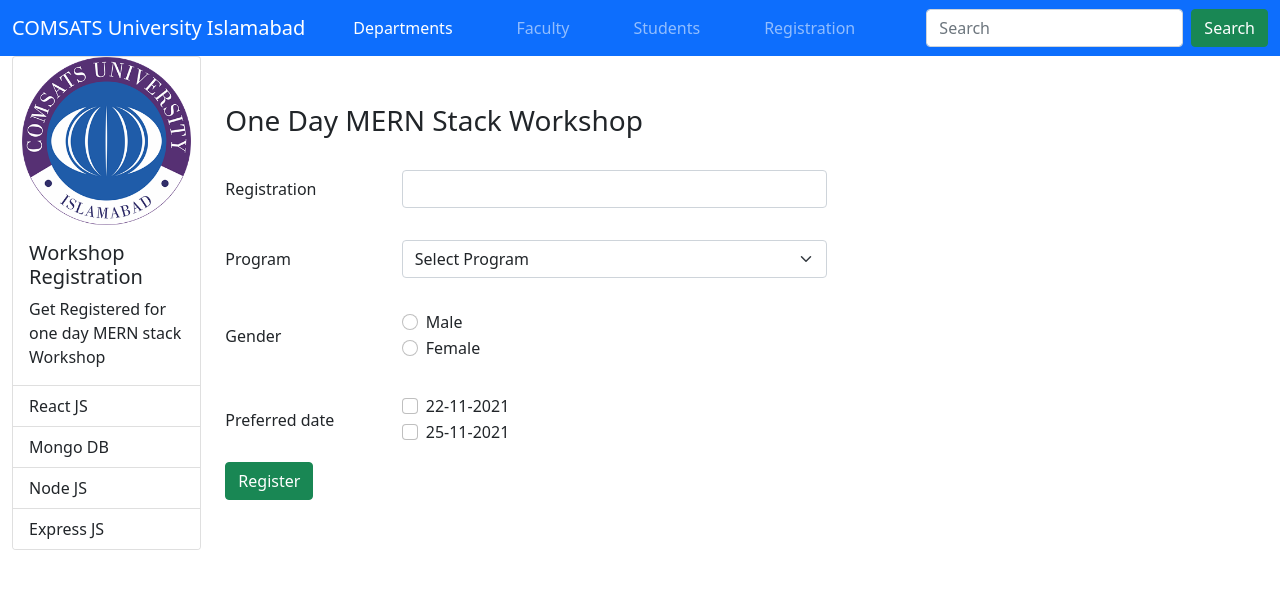
Repository: SaudCh/Web-Mid-Exams
Page: /register
These files come from the project's save history. The page is drawn as it stood at one moment and after the next save; the edit follows.
The browser window is 1280 px wide. The pictures show the whole page.
The project was rebuilt for these pictures with package versions that can differ from the ones it lists, and the page was loaded fresh each time. Also part of the build but not shown: src/Invalid/invalid.jsx, src/Students/student.jsx.

Above is the page before, as saved 2021-11-26 00:36:34.

### src/App.js
import React from "react";
import {
  BrowserRouter as Router,
  Switch,
  Route,
  Redirect,
} from "react-router-dom";
import "../node_modules/bootstrap/dist/css/bootstrap.min.css";
import "../node_modules/bootstrap/dist/js/bootstrap.bundle.min";
import Header from "./Shared/Header";
import SideBar from "./Shared/SideBar";
import Register from "./Register/register";
import Invalid from "./Invalid/invalid";
import Student from "./Students/student";

export default function App() {
  return (
    <Router>
      <Header />
      <div className="container-fluid">
        <div className="row">
          <div className="col-12 col-md-2">
            <SideBar />
          </div>
          <div className="col-12 col-md-10">
            <Switch>
              <Route path="/" exact>
                <div></div>
              </Route>
              <Route path="/register/" exact>
                <Register />
              </Route>
              <Route path="/invalid/" exact>
                <Invalid />
              </Route>
              <Route path="/list/:register/:program/:gender/:date" exact>
                <Student />
              </Route>
              <Redirect to="/invalid/" />
            </Switch>
          </div>
        </div>
      </div>
    </Router>
  );
}

### src/Shared/Header.jsx
import React from "react";
import { Link } from "react-router-dom";
export default function Header() {
  return (
    <nav class="navbar navbar-expand-lg navbar-dark bg-primary">
      <div class="container-fluid">
        <Link to="/" class="navbar-brand" href="#">
          COMSATS University Islamabad
        </Link>
        <button
          class="navbar-toggler"
          type="button"
          data-bs-toggle="collapse"
          data-bs-target="#navbarSupportedContent"
          aria-controls="navbarSupportedContent"
          aria-expanded="false"
          aria-label="Toggle navigation"
        >
          <span class="navbar-toggler-icon"></span>
        </button>
        <div class="collapse navbar-collapse" id="navbarSupportedContent">
          <ul class="navbar-nav me-auto mb-2 mb-lg-0">
            <li class="nav-item mx-md-4">
              <Link to="/" class="nav-link active" aria-current="page" href="#">
                Departments
              </Link>
            </li>
            <li class="nav-item mx-md-4">
              <Link to="/" class="nav-link" href="#">
                Faculty
              </Link>
            </li>

            <li class="nav-item mx-md-4">
              <Link
                to="/list/sp19-bcs-078/BCS/Male/22-11-201"
                class="nav-link"
                href="#"
                tabindex="-1"
                aria-disabled="true"
              >
                Students
              </Link>
            </li>
            <li class="nav-item mx-md-4">
              <Link
                to="/register/"
                class="nav-link"
                href="#"
                tabindex="-1"
                aria-disabled="true"
              >
                Registration
              </Link>
            </li>
          </ul>
          <form class="d-flex">
            <input
              class="form-control me-2"
              type="search"
              placeholder="Search"
              aria-label="Search"
            />
            <button
              class="btn btn-outline-success btn-success text-white"
              type="submit"
            >
              Search
            </button>
          </form>
        </div>
      </div>
    </nav>
  );
}

### src/Shared/SideBar.jsx
import React from "react";
import logo from "../public/comsats-logo.png";

export default function SideBar() {
  return (
    <div class="card">
      <img
        src={logo}
        class="card-img-top"
        style={{ width: "90%", alignSelf: "center" }}
        alt="..."
      />
      <div class="card-body">
        <h5 class="card-title">Workshop Registration</h5>
        <p class="card-text">Get Registered for one day MERN stack Workshop</p>
      </div>
      <ul class="list-group list-group-flush">
        <li class="list-group-item">React JS</li>
        <li class="list-group-item">Mongo DB</li>
        <li class="list-group-item">Node JS</li>
        <li class="list-group-item">Express JS</li>
      </ul>
    </div>
  );
}

### src/Register/register.jsx
import React, { useRef, useState } from "react";
import { Link, useHistory } from "react-router-dom";
import { Formik, Form, Field } from "formik";
import * as Yup from "yup";

export default function Register() {
  // const handleSubmit = (e) => {
  //   e.preventDefault();

  //   history.push(
  //     `/list/${Registration.current.value}/${Program.current.value}/male/22-11-2021`
  //   );
  // };

  const SignupSchema = Yup.object().shape({
    registration: Yup.string().required("Registration Required"),
    program: Yup.string().required("Program Required"),
    gender: Yup.string().required("Gender Required"),
  });

  return (
    <div className="my-5">
      <h3>One Day MERN Stack Workshop</h3>
      <Formik
        initialValues={{
          registration: "",
          program: "",
          gender: "",
          date: [],
        }}
        validationSchema={SignupSchema}
        onSubmit={(values, { setSubmitting }) => {
          setTimeout(() => {
            console.log(values);
            setSubmitting(false);
          }, 2000);
        }}
        validate={(values) => {
          let error = {};

          // if (!values.registration) {
          //   error.registration = "Registration Number Required";
          // }

          if (values.program === "0") {
            error.program = "Program Required s";
          }

          // if (!values.gender) {
          //   error.gender = "Gender Required";
          // }

          // if (!values.date) {
          //   error.date = "Date Required";
          // }

          return error;
        }}
      >
        {({
          handleSubmit,
          handleChange,
          values,
          errors,
          handleBlur,
          isSubmitting,
        }) => (
          <Form onSubmit={handleSubmit}>
            {/*********Registration********** */}
            <div class="row g-3 align-items-center my-3">
              <div class="col-2 text-left">
                <label for="registration" class="col-form-label">
                  Registration
                </label>
              </div>
              <div class="col-5">
                <Field
                  onChange={handleChange}
                  type="text"
                  id="registration"
                  class="form-control"
                  name="registration"
                  value={values.registration}
                  onBlur={handleBlur}
                />
              </div>

              {errors.registration && (
                <div class="alert alert-danger col-7" role="alert">
                  {errors.registration}
                </div>
              )}
            </div>
            {/*********Program****** */}
            <div class="row g-3 align-items-center my-3">
              <div class="col-2">
                <label for="program" class="col-form-label">
                  Program
                </label>
              </div>
              <div class="col-5">
                <Field
                  name="program"
                  as="select"
                  id="program"
                  class="form-select"
                  onChange={handleChange}
                  onBlur={handleBlur}
                >
                  <option value="0">Select Program</option>
                  <option value="BsCS">BsCS</option>
                  <option value="BsCE">BsSE</option>
                </Field>
              </div>
              {errors.program && (
                <div class="alert alert-danger col-7" role="alert">
                  {errors.program}
                </div>
              )}
            </div>
            {/*********Gender****** */}
            <div class="row g-3 align-items-center my-3">
              <div class="col-2">
                <label for="gender" class="col-form-label">
                  Gender
                </label>
              </div>
              <div class="col-5">
                <div class="form-check">
                  <Field
                    class="form-check-input"
                    type="radio"
                    name="gender"
                    value="male"
                    id="gender"
                  />
                  <label class="form-check-label" for="flexRadioDefault1">
                    Male
                  </label>
                </div>
                <div class="form-check">
                  <Field
                    class="form-check-input"
                    type="radio"
                    name="gender"
                    value="female"
                    id="gender"
                  />
                  <label class="form-check-label" for="flexRadioDefault2">
                    Female
                  </label>
                </div>
              </div>
              {errors.gender && (
                <div class="alert alert-danger col-7" role="alert">
                  {errors.gender}
                </div>
              )}
            </div>
            {/*********Date****** */}
            <div class="row g-3 align-items-center my-3">
              <div class="col-2 ">
                <label for="date" class="col-form-label">
                  Preferred date
                </label>
              </div>
              <div class="col-5">
                <div class="form-check">
                  <Field
                    class="form-check-input"
                    type="checkbox"
                    value="22-11-2021"
                    id="flexCheckDefault"
                    name="date"
                  />
                  <label class="form-check-label" for="flexCheckDefault">
                    22-11-2021
                  </label>
                </div>
                <div class="form-check">
                  <Field
                    class="form-check-input"
                    type="checkbox"
                    value="25-11-2021"
                    id="flexCheckChecked"
                    name="date"
                  />
                  <label class="form-check-label" for="flexCheckChecked">
                    25-11-2021
                  </label>
                </div>
              </div>
              {errors.date && (
                <div class="alert alert-danger col-7" role="alert">
                  {errors.date}
                </div>
              )}
            </div>
            {/*********Button********* */}
            <div>
              <button
                disabled={isSubmitting}
                type="submit"
                className="btn btn-success"
              >
                Register
              </button>
            </div>
          </Form>
        )}
      </Formik>
    </div>
  );
}

Loaded but not shown: public/index.html (common file); src/index.js (common file); src/index.css (common file); src/reportWebVitals.js (common file)

After the next save:
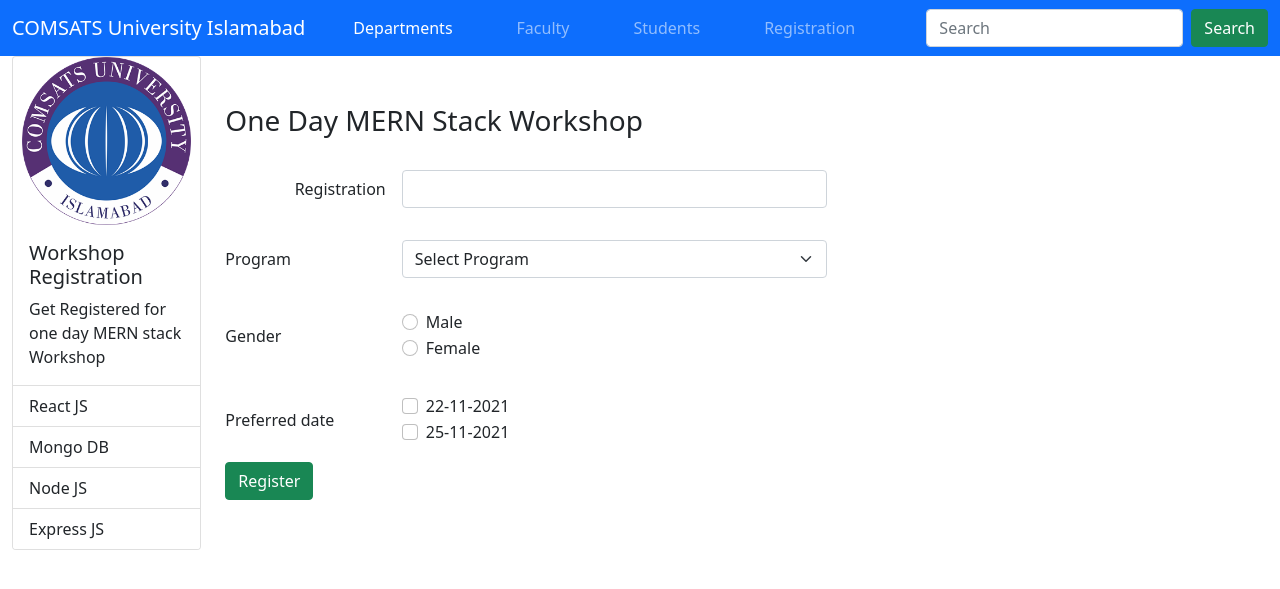
Saved 5 s later.
--- a/src/Register/register.jsx
+++ b/src/Register/register.jsx
@@ -68,7 +68,7 @@
           <Form onSubmit={handleSubmit}>
             {/*********Registration********** */}
             <div class="row g-3 align-items-center my-3">
-              <div class="col-2 text-left">
+              <div class="col-2 text-end">
                 <label for="registration" class="col-form-label">
                   Registration
                 </label>
